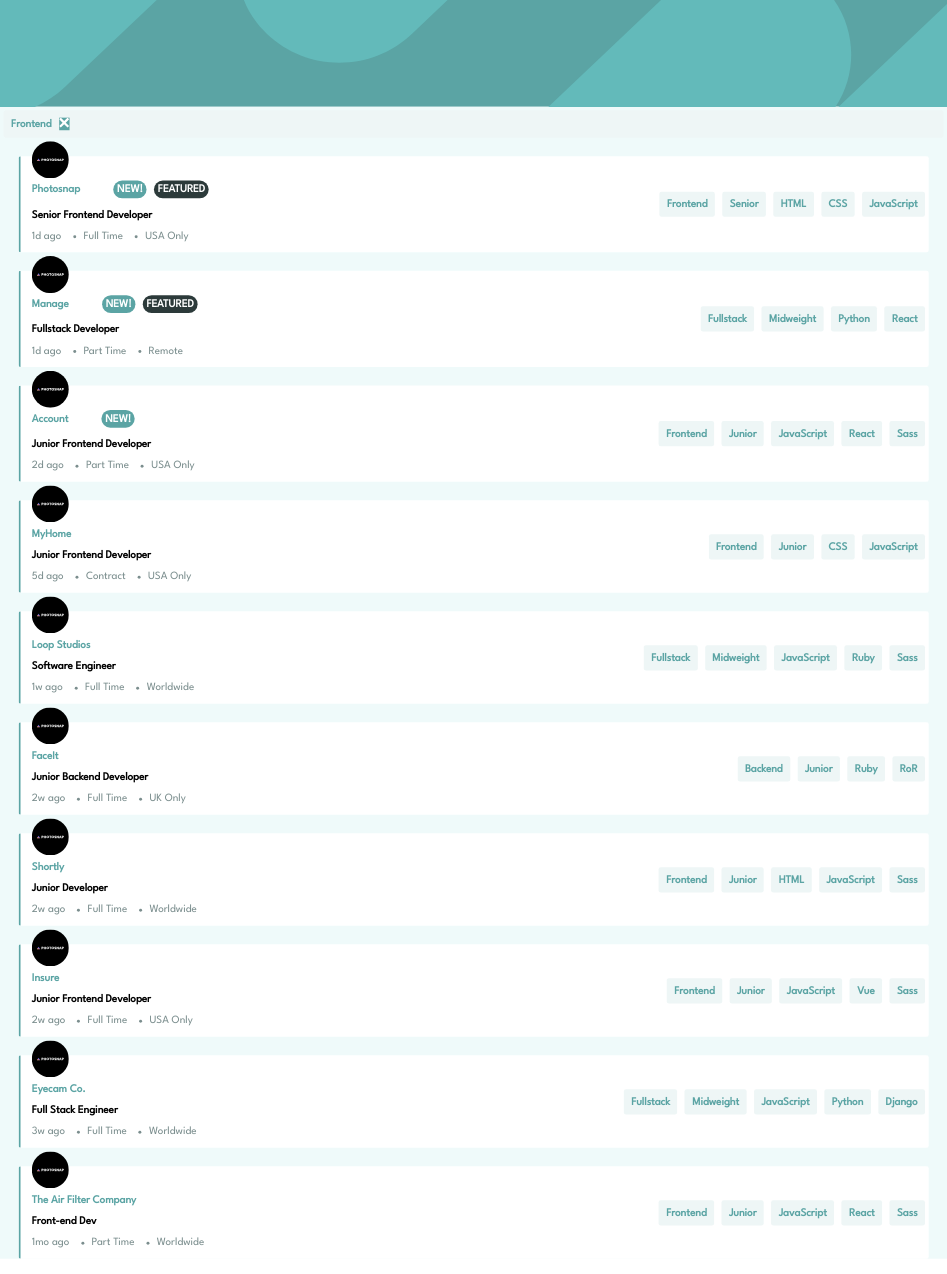
Repository: DevLaukey/job-listing
Page: /
These files come from the project's save history. The page is drawn as it stood at one moment and after the next save; the edit follows.
The browser window is 1280 px wide. The pictures show the whole page, at 74% of full size.
Some web fonts or font styles are not loaded; a fallback is used. The project was rebuilt for these pictures with package versions that can differ from the ones it lists, and the page was loaded fresh each time.

Above is the page before, as saved 2022-06-03 01:00:39.

### src/App.js
import "./App.css";
import Filter from "./components/Filter";
import Header from "./components/Header";
import Tablet from "./components/Tablet";
import data from "./data.json";

function App() {
  const tablets = data.map((data) => <Tablet
    key={data.id}
    company={data.company}
    neew={data.new}
    featured={data.featured}
    position={data.position}
    role={data.role}
    level={data.level}
    postedAt={data.postedAt}
    contract={data.contract}
    location={data.location}
    languages={data.languages}
    tools={data.tools}
    logo={data.logo} />);
  return (
    <div className="App">
      <Header />
      <Filter />
      <div className="content">{tablets}</div>
    </div>
  );
}

export default App;

### src/App.css
@import url('https://fonts.googleapis.com/css2?family=Grape+Nuts&family=League+Spartan&display=swap');
*{
  margin: 0;
  padding: 0;
  box-sizing: border-box;
}
.App{
  background-color: hsl(180, 52%, 96%);
  font-size: 15px;
}

### src/components/Filter.js
import React from 'react'
import icon from "./images/icon-remove.svg";
function Filter() {
  return (
      <div className="tablet filter">
          <div className="option">
              <p className="frontend">Frontend</p>
              <div className="icon">

              <img src={icon } alt="" />
              </div>
          </div>
    </div>
  )
}

export default Filter

### src/components/Header.js
import React from 'react'
import "./styles.css"

function Header() {
  return (
    <header className='header'></header>
  )
}

export default Header

### src/components/Tablet.js
import React from "react";
import "./styles.css";
import logos from "./images/photosnap.svg";
function Tablet({ key, company, logo, neew, featured, position, role, level, postedAt, contract, location, languages, tools }) {
    // console.log(logo);
    // const logos = require(logo).default;
    // console.log(logos)
    return (
      <div className="tablet boarder">
        <div className="tablet_content" >
          <img className="image" src={logos} alt="" />

          <div className="heading">
            <div className="company">
              <p>{company}</p>
            </div>
            <div>{neew && <p className="new">NEW!</p>}</div>
            <div>{featured && <p className="featured">FEATURED</p>}</div>
          </div>
          <div className="title">
            <p>{position}</p>
          </div>
          <div className="details">
            <p>{postedAt}</p>
            <ul className="list">
              <li>{contract}</li>
              <li className="country">{location}</li>
            </ul>
          </div>
          <hr className="line" />
        </div>
          <div className="tags">
            <p className="category">{role}</p>
            <p className="category">{level}</p>
            {languages.map((language) => (
              <p className="category"> {language}</p>
            ))}
            {tools.map((tool) => (
              <p className="category"> {tool}</p>
            ))}
          </div>
      </div>
    );
}

export default Tablet;

### src/components/styles.css
.header {
  background-image: url(../assets/bg-header-mobile.svg);
  padding: 10vh;
  background-color: hsl(180, 29%, 50%);
}
.tablet {
  background-color: white;
  margin: 25px 25px 20px 25px;
  font-family: "League Spartan", sans-serif;
  border-radius: 3px;
  font-weight: 700;
}
.boarder {
  border-left: 3px solid hsl(180, 29%, 50%);
}
.tablet_content {
  margin-left: 15px;
  margin-right: 25px;
  align-items: center;
}
.image {
  height: 50px;
  margin-top: -20px;
}
.heading {
  display: flex;
}
.company {
  color: hsl(180, 29%, 50%);
  margin-right: 3em;
  margin-top: 5px;
}
.new {
  background-color: hsl(180, 29%, 50%);
  padding: 5px;
  color: white;
  border-radius: 25px;
  margin-right: 10px;
}
.featured {
  background-color: hsl(180, 14%, 20%);
  padding: 5px;
  color: white;
  border-radius: 25px;
}
.title {
  margin-top: 15px;
}
.details {
  display: flex;
  color: hsl(180, 8%, 52%);
  font-weight: 400;
  margin-top: 15px;
  margin-bottom: 15px;
}
.list {
  display: flex;
  margin-left: 2em;
}
.country {
  margin-left: 2em;
}
.line {
  margin-bottom: 15px;
  color: gray;
}
.tags {
  color: hsl(180, 29%, 50%);
  display: flex;
  flex-wrap: wrap;
}
.category {
  background-color: hsl(180, 31%, 95%);
  padding: 10px;
  border-radius: 3px;
  margin: 5px;
}

.filter {
  margin-top: -20px;
  display: flex;
  background-color: hsl(180, 31%, 95%);
  padding: 10px;
  border-radius: 3px;
  margin: 5px;
  flex-wrap: wrap;
}
.option {
  color: hsl(180, 29%, 50%);
  display: flex;
  align-items: center;
  width : fit-content;
}
.front-end{
    flex-grow: 2;
}
.icon {
  margin-left: 10px;
 flex-grow: 1;
 height:100%;
  background-color: hsl(180, 29%, 50%);
}
/* media query */

@media screen and (min-width: 768px) {
  .header {
    background-image: url(../assets/bg-header-desktop.svg);
  }
  .line {
    display: none;
  }
  .tablet {
    display: flex;
    align-items: center;
    justify-content: space-between;
  }
}

Loaded but not shown: public/index.html (common file); src/index.js (common file); src/index.css (common file); src/reportWebVitals.js (common file); src/data.json (common file)

After the next save:
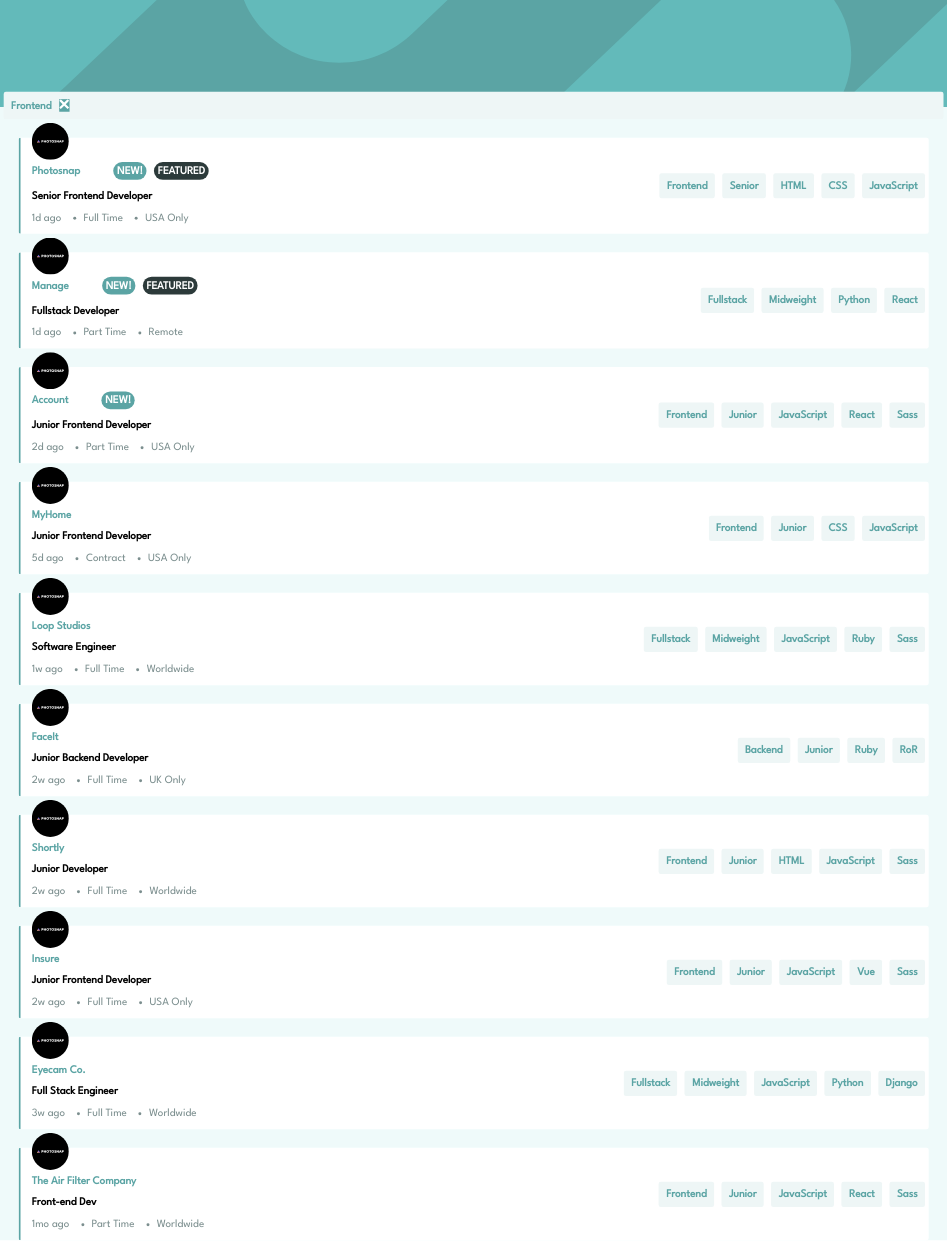
Saved 42 s later.
--- a/src/components/styles.css
+++ b/src/components/styles.css
@@ -77,12 +77,11 @@
 }
 
 .filter {
-  margin-top: -20px;
   display: flex;
   background-color: hsl(180, 31%, 95%);
   padding: 10px;
   border-radius: 3px;
-  margin: 5px;
+  margin: -20px 5px 5px 5px;
   flex-wrap: wrap;
 }
 .option {
